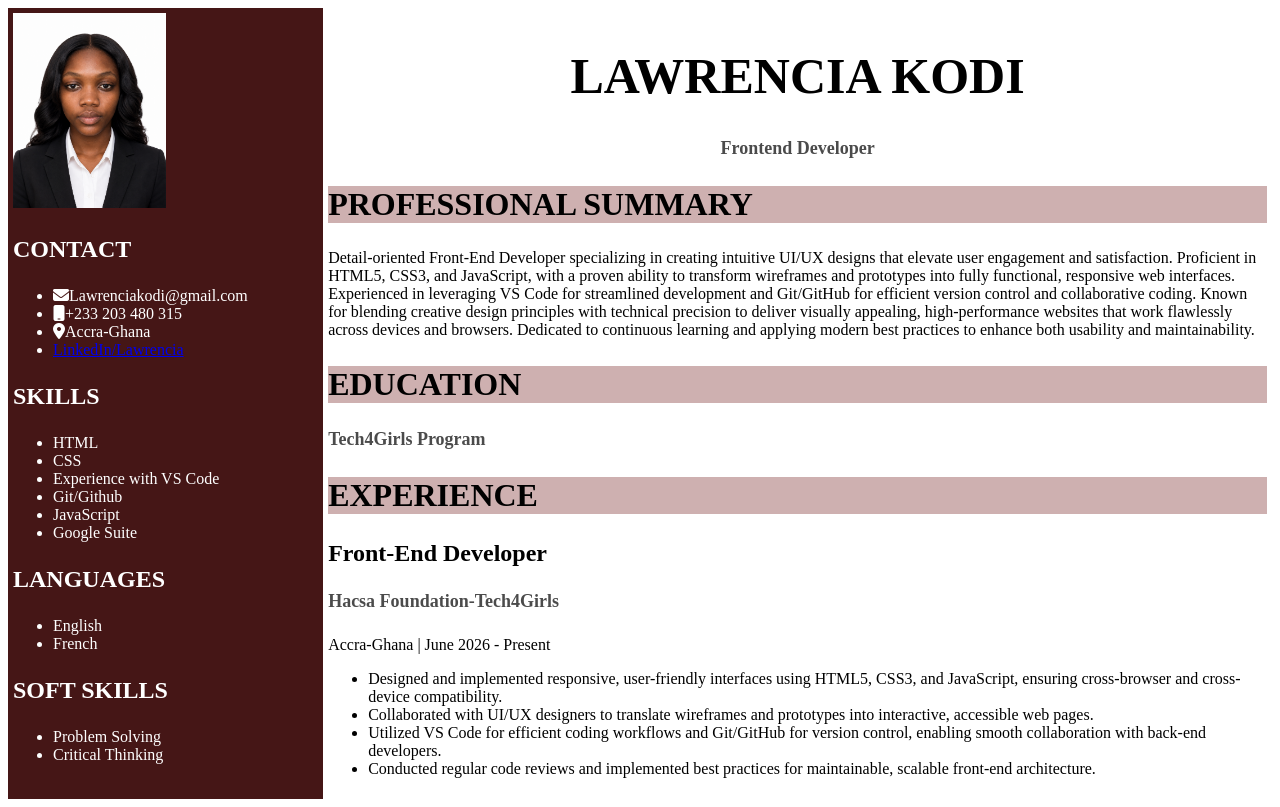
Repository: lawrencia-coder/T4G_CV
Page: index.html
These files come from the project's save history. The page is drawn as it stood at one moment and after a run of saves; the edit follows.
The browser window is 1280 px wide. The pictures show the whole page.
Some icons come from a web library that is not loaded, so they are not drawn. Some web libraries are served in a nearby version.

Above is the page before, as saved 2026-07-15 08:05:30.

After the next 4 saves:
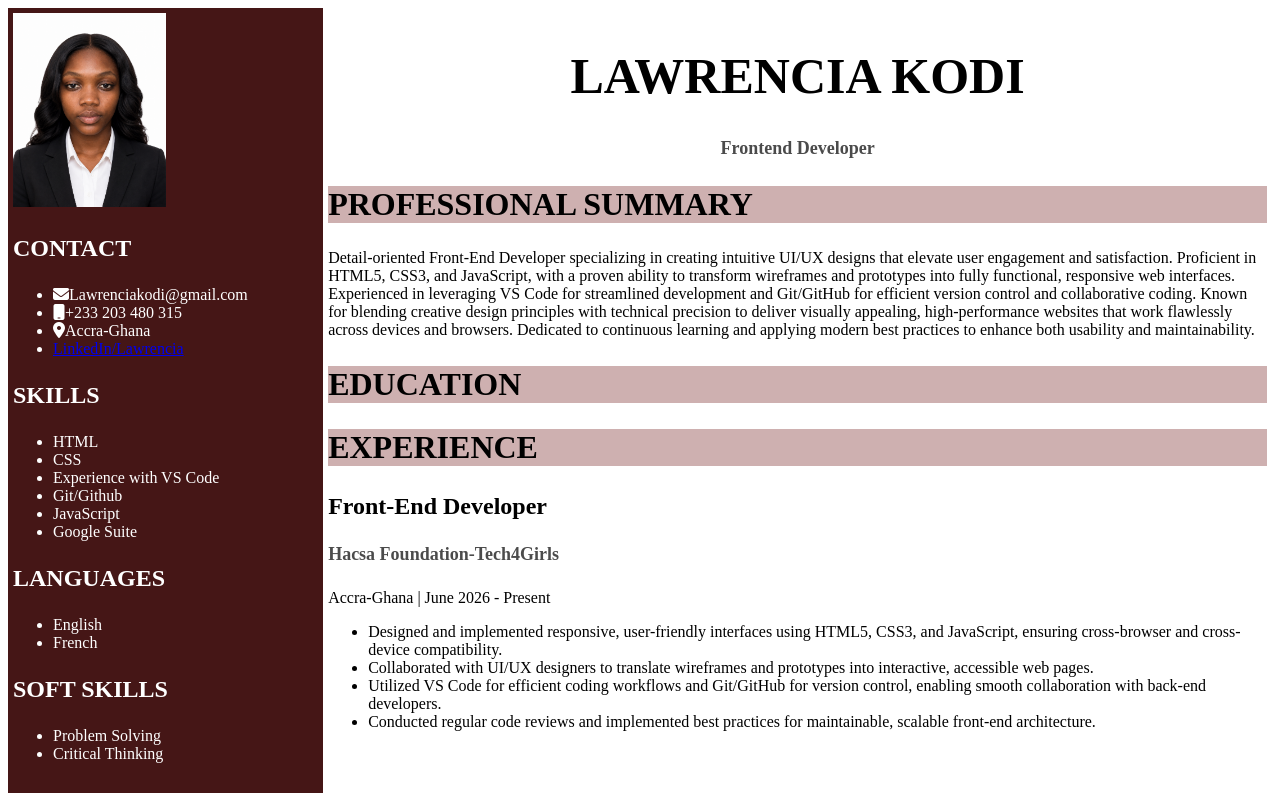
The 4 saves are shown as one change because they came seconds apart.
The last was saved 14 s later.
--- a/index.html
+++ b/index.html
@@ -62,8 +62,7 @@
                 </p>
 
                 <h2>EDUCATION</h2>
-
-                    <h4>Tech4Girls Program</h4>
+                <p></p>
 
                 <h2>EXPERIENCE</h2>
                 <p>
